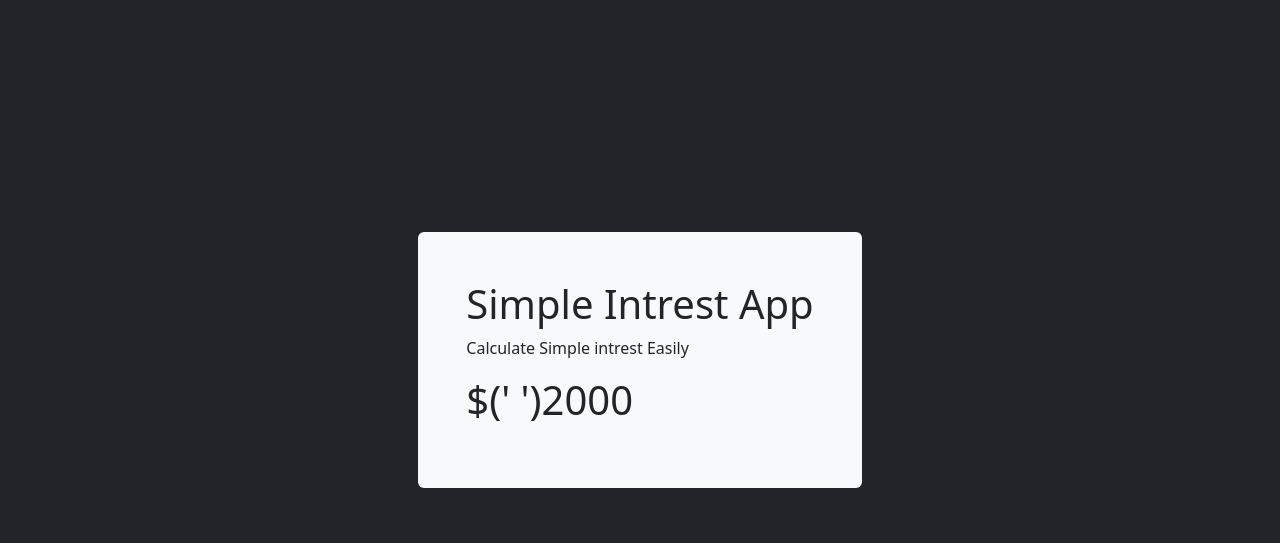
Repository: Afraz13/simple-intrest
Page: /
These files come from the project's save history. The page is drawn as it stood at one moment and after the next save; the edit follows.
The browser window is 1280 px wide. The pictures show the whole page.
The project was rebuilt for these pictures with package versions that can differ from the ones it lists, and the page was loaded fresh each time. Also part of the build but not shown: src/index.css, src/App.css.

Above is the page before, as saved 2024-07-15 20:27:14.

After the next save:
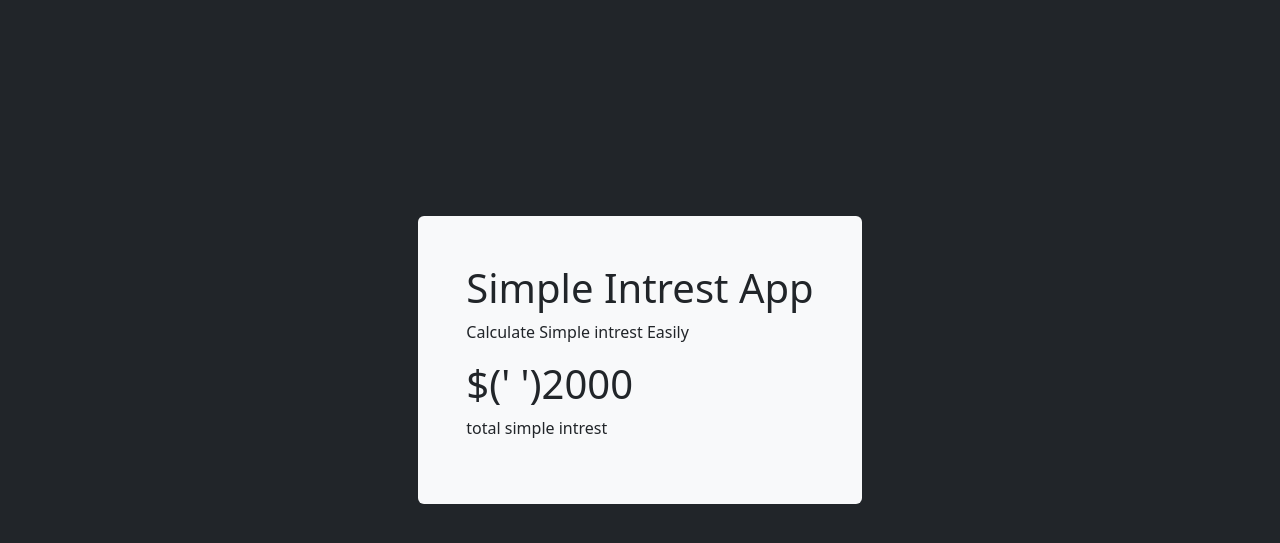
Saved 8 s later.
--- a/src/App.js
+++ b/src/App.js
@@ -9,7 +9,7 @@ function App() {
     <p>Calculate Simple intrest Easily</p>
     <div>
       <h1>$(' ')2000</h1>
-      <p></p>
+      <p>total simple intrest</p>
     </div>
     </div>
     </div>
